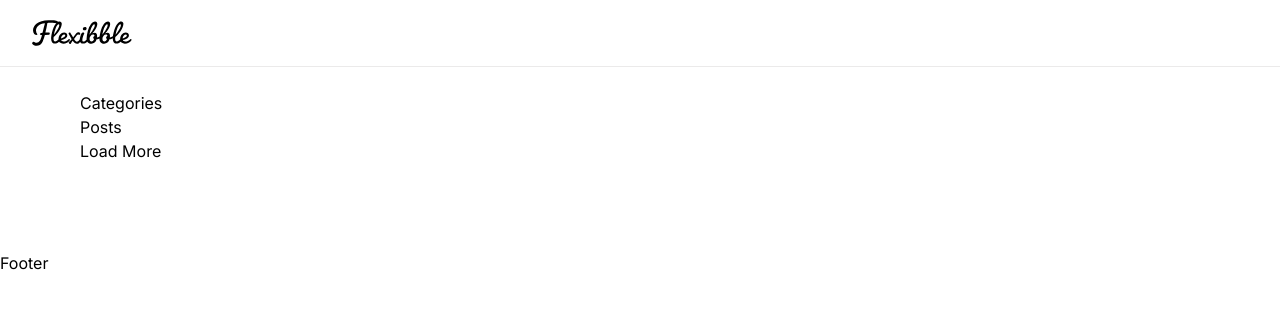
Repository: MikeeBuilds/flexxible
Page: /
An editor plug-in stored every save of this project. The page is shown before and after the next save, followed by the edit.
The browser window is 1280 px wide. The pictures show the whole page.
The project was rebuilt for these pictures with package versions that can differ from the ones it lists, and the page was loaded fresh each time. The framework's server and built-in components were replaced by stand-ins that run in the browser. Also part of the build but not shown: next.config.js.

Above is the page before, as saved 2023-06-24 16:23:03.

After the next save:
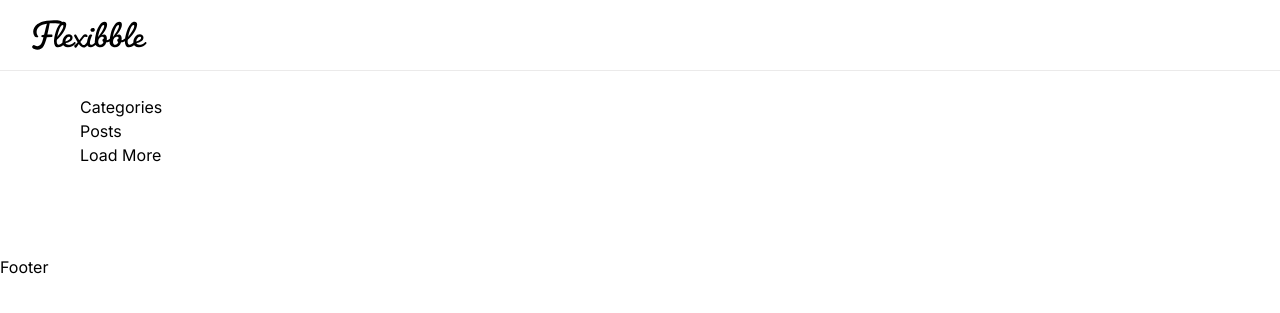
Saved 8 s later.
--- a/components/NavBar.tsx
+++ b/components/NavBar.tsx
@@ -10,7 +10,7 @@ const NavBar = () => {
                 <Image
                     src="/logo.svg"
                     alt="Flexxible"
-                    width={100}
+                    width={115}
                     height={100}
                 />
             </Link>
